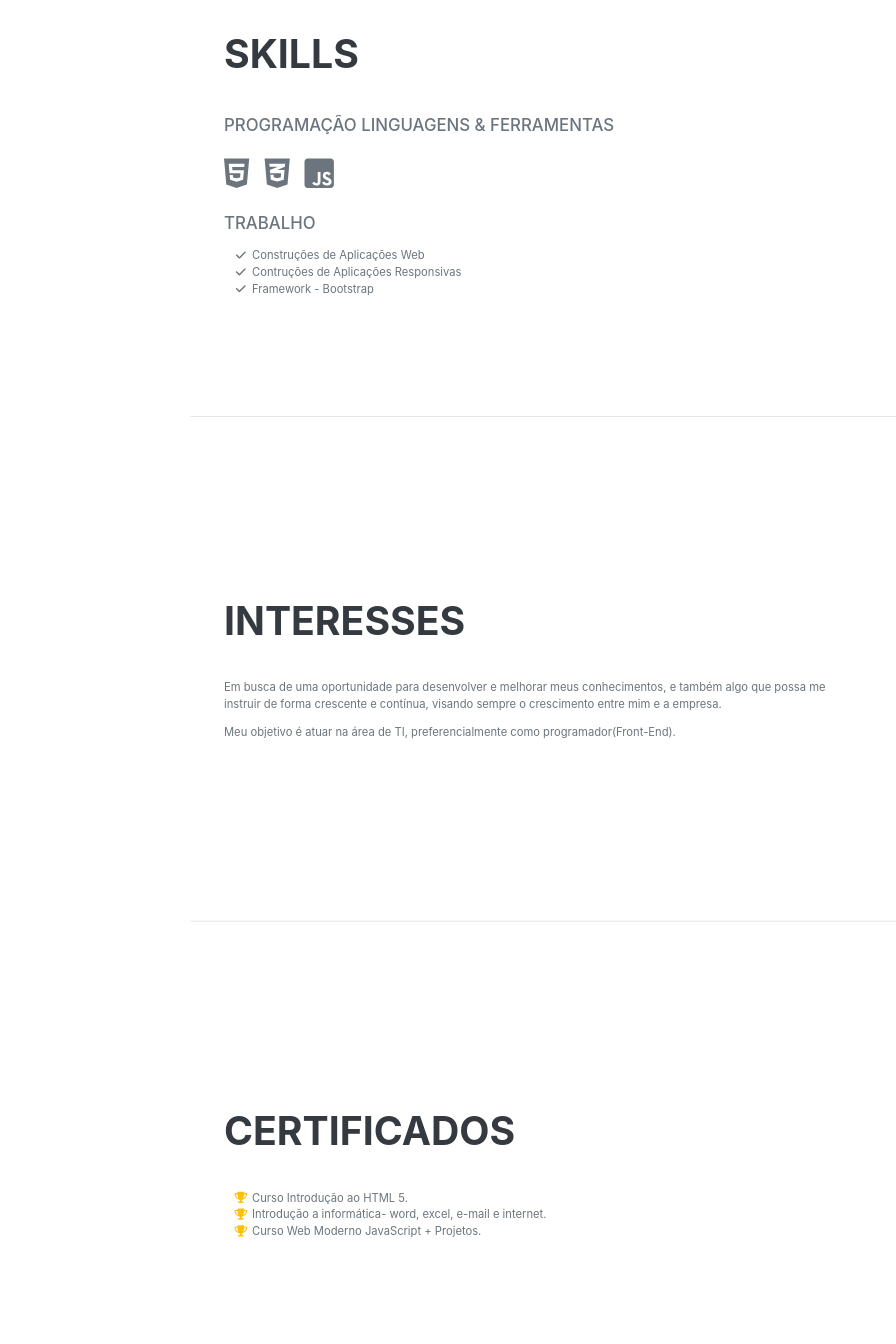
Repository: JuniorRoth/Curriculo-Web
Page: public/index.html
These files come from the project's save history. The page is drawn as it stood at one moment and after the next save; the edit follows.
The browser window is 1280 px wide. The pictures show the part of the page from y = 2288 to 4208 px (the page is 4325 px tall), at 70% of full size.
Some web fonts or font styles are not loaded; a fallback is used. Some web libraries are served in a nearby version.

Above is the page before, as saved 2023-02-08 10:44:45.

### public/index.html
<!DOCTYPE html>
<html lang="pt-br">
    <head>
        <meta charset="utf-8" />
        <meta name="viewport" content="width=device-width, initial-scale=1, shrink-to-fit=no" />
        <meta name="description" content="" />
        <meta name="author" content="Ilson Fernando Roth Junior" />
        <title>Currículo Ilson Roth</title>
        <link rel="icon" type="image/x-icon" href="assets/img/favicon.ico" />
        <!-- Font Awesome icons (free version)-->
        <script src="https://use.fontawesome.com/releases/v6.1.0/js/all.js" crossorigin="anonymous"></script>
        <!-- Google fonts-->
        <link href="https://fonts.googleapis.com/css?family=Saira+Extra+Condensed:500,700" rel="stylesheet" type="text/css" />
        <link href="https://fonts.googleapis.com/css?family=Muli:400,400i,800,800i" rel="stylesheet" type="text/css" />
        <!-- Core theme CSS (includes Bootstrap)-->
        <link rel="stylesheet" href="https://unpkg.com/aos@next/dist/aos.css" />
        <link href="css/styles.css" rel="stylesheet" />
    </head>
    <body id="page-top">
        <!-- Navigation-->
        <nav class="navbar navbar-expand-lg navbar-dark bg-primary fixed-top" id="sideNav">
            <a class="navbar-brand js-scroll-trigger" href="#page-top">
                <span class="d-block d-lg-none">Ilson Fernando Roth Junior</span>
                <span class="d-none d-lg-block"><img class="img-fluid img-profile rounded-circle mx-auto mb-2" src="assets/img/profile.jpg" alt="..." /></span>
            </a>
            <button class="navbar-toggler" type="button" data-bs-toggle="collapse" data-bs-target="#navbarResponsive" aria-controls="navbarResponsive" aria-expanded="false" aria-label="Toggle navigation"><span class="navbar-toggler-icon"></span></button>
            <div class="collapse navbar-collapse" id="navbarResponsive">
                <ul class="navbar-nav">
                    <li class="nav-item"><a class="nav-link js-scroll-trigger" href="#about">Sobre</a></li>
                    <li class="nav-item"><a class="nav-link js-scroll-trigger" href="#experience">Experiências</a></li>
                    <li class="nav-item"><a class="nav-link js-scroll-trigger" href="#education">Educação</a></li>
                    <li class="nav-item"><a class="nav-link js-scroll-trigger" href="#skills">Skills</a></li>
                    <li class="nav-item"><a class="nav-link js-scroll-trigger" href="#interests">Interesses</a></li>
                    <li class="nav-item"><a class="nav-link js-scroll-trigger" href="#awards">Certificados</a></li>
                </ul>
            </div>
        </nav>
        <!-- Page Content-->
        <div class="container-fluid p-0">
            <!-- About-->
            <section class="resume-section" id="about">
                <div class="resume-section-content">
                    <h1 class="mb-0">
                        Ilson
                        <span class="text-primary">Roth</span>
                    </h1>
                    <div class="subheading mb-5">
                        Rua Alberto Blum 490 · Ipiranga, PR 84450-000 · (42) 99835-8380 ·
                        <a href="mailto:rothilson@gmail.com">rothilson@gmail.com</a>
                    </div>
                    <p class="lead mb-5">Acredito que a busca por conhecimento e melhoria contínua deve fazer parte do nosso dia-a-dia, para nos transformar em profissionais e principalmente pessoas melhores. Tenho imenso prazer em trabalhar em equipe, acredito que cada pessoa contribui com suas próprias experiências, e o trabalho fica em melhor harmonia trabalhando em conjunto. Tenho convicção que a tecnologia quando bem aplicada pode e irá transformar o mundo para melhor.</p>
                    <div class="social-icons">
                        <a class="social-icon" href="https://www.linkedin.com/in/juninho-roth-bb1896225/"><i class="fab fa-linkedin-in"></i></a>
                        <a class="social-icon" href="https://github.com/JuniorRoth"><i class="fab fa-github"></i></a>
                        <a class="social-icon" href="https://www.instagram.com/roth_juninho/?next=%2F"><i class="fab fa-instagram"></i></a>
                    </div>
                </div>
            </section>
            <hr class="m-0" />
            <!-- Experience-->
            <section class="resume-section" id="experience">
                <div class="resume-section-content">
                    <h2 class="mb-5">Experiências</h2>
                    <div class="d-flex flex-column flex-md-row justify-content-between mb-5">
                        <div class="flex-grow-1">
                            <h3 class="mb-0">Funcionário de Advocacia</h3>
                            <div class="subheading mb-3">Macedo & Watanabe/Advogados associados</div>
                            <p>Planejar e organizar planilhas dos clientes, receber pagamentos, manutenção do sistema.</p>
                        </div>
                        <div class="flex-shrink-0"><span class="text-primary">Janeiro 2020 - 2021</span></div>
                    </div>
                </div>
            </section>
            <hr class="m-0" />
            <!-- Education-->
            <section class="resume-section" id="education">
                <div class="resume-section-content">
                    <h2 class="mb-5">Educação</h2>
                    <div class="d-flex flex-column flex-md-row justify-content-between mb-5">
                        <div class="flex-grow-1">
                            <h3 class="mb-0">Universidade Unicesumar</h3>
                            <div class="subheading mb-3">Graduação, Engenharia de Software</div>
                        <div class="flex-shrink-0"><span class="text-primary">Janeiro 2020 - 2024</span></div>
                    </div>
                    <div class="d-flex flex-column flex-md-row justify-content-between">
                        <div class="flex-grow-1">
                            <h3 class="mb-0">Colégio Sagrada Família</h3>
                            <div class="subheading mb-3">Ensino Médio Completo</div>
                        </div>
                        <div class="flex-shrink-0"><span class="text-primary">2016 - 2019</span></div>
                    </div>
                </div>
            </section>
            <hr class="m-0" />
            <!-- Skills-->
            <section class="resume-section" id="skills">
                <div class="resume-section-content">
                    <h2 data-aos="fade-right" class="mb-5">Skills</h2>
                    <div data-aos="fade-left" class="subheading mb-3">Programação Linguagens & Ferramentas</div>
                    <ul class="list-inline dev-icons">
                        <li class="list-inline-item"><i class="fab fa-html5"></i></li>
                        <li class="list-inline-item"><i class="fab fa-css3-alt"></i></li>
                        <li class="list-inline-item"><i class="fab fa-js-square"></i></li>
                    </ul>
                    <div data-aos="fade-right" class="subheading mb-3">Trabalho</div>
                    <ul class="fa-ul mb-0">
                        <li>
                            <span data-aos="fade-left" class="fa-li"><i class="fas fa-check"></i></span>
                            Construções de Aplicações Web
                        </li>
                        <li>
                            <span data-aos="fade-left" class="fa-li"><i class="fas fa-check"></i></span>
                            Contruções de Aplicações Responsivas
                        </li>
                        <li>
                            <span data-aos="fade-left" class="fa-li"><i class="fas fa-check"></i></span>
                            Framework - Bootstrap
                        </li>
                    </ul>
                </div>
            </section>
            <hr class="m-0" />
            <!-- Interests-->
            <section class="resume-section" id="interests">
                <div class="resume-section-content">
                    <h2 data-aos="fade-right" class="mb-5">Interesses</h2>
                    <p>Em busca de uma oportunidade para desenvolver e melhorar meus conhecimentos, e também algo que possa me instruir de forma crescente e contínua, visando sempre o crescimento entre mim e a empresa.</p>
                    <p class="mb-0">Meu objetivo é atuar na área de TI, preferencialmente como programador(Front-End).</p>
                </div>
            </section>
            <hr class="m-0" />
            <!-- Awards-->
            <section class="resume-section" id="awards">
                <div class="resume-section-content">
                    <h2 data-aos="fade-right" class="mb-5">Certificados</h2>
                    <ul class="fa-ul mb-0">
                        <li>
                            <span data-aos="fade-left" class="fa-li"><i class="fas fa-trophy text-warning"></i></span>
                            Curso Introdução ao HTML 5.
                        </li>
                        <li>
                            <span data-aos="fade-left" class="fa-li"><i class="fas fa-trophy text-warning"></i></span>
                            Introdução a informática- word, excel, e-mail e internet.
                        </li>
                        <li>
                            <span data-aos="fade-left" class="fa-li"><i class="fas fa-trophy text-warning"></i></span>
                            Curso Web Moderno JavaScript + Projetos.
                        </li>
                    </ul>
                </div>
            </section>
        </div>
        <!-- Bootstrap core JS-->
        <script src="https://cdn.jsdelivr.net/npm/bootstrap@5.1.3/dist/js/bootstrap.bundle.min.js"></script>
        <!-- Core theme JS-->
        <script src="js/scripts.js"></script>
        <script src="https://unpkg.com/aos@next/dist/aos.js"></script>
        <script>
            AOS.init();
        </script>
    </body>
</html>

### public/js/scripts.js
/*!
* Start Bootstrap - Resume v7.0.5 (https://startbootstrap.com/theme/resume)
* Copyright 2013-2022 Start Bootstrap
* Licensed under MIT (https://github.com/StartBootstrap/startbootstrap-resume/blob/master/LICENSE)
*/
//
// Scripts
//

window.addEventListener('DOMContentLoaded', event => {

    // Activate Bootstrap scrollspy on the main nav element
    const sideNav = document.body.querySelector('#sideNav');
    if (sideNav) {
        new bootstrap.ScrollSpy(document.body, {
            target: '#sideNav',
            offset: 74,
        });
    };

    // Collapse responsive navbar when toggler is visible
    const navbarToggler = document.body.querySelector('.navbar-toggler');
    const responsiveNavItems = [].slice.call(
        document.querySelectorAll('#navbarResponsive .nav-link')
    );
    responsiveNavItems.map(function (responsiveNavItem) {
        responsiveNavItem.addEventListener('click', () => {
            if (window.getComputedStyle(navbarToggler).display !== 'none') {
                navbarToggler.click();
            }
        });
    });

});

Loaded but not shown: public/css/styles.css (library)

After the next save:
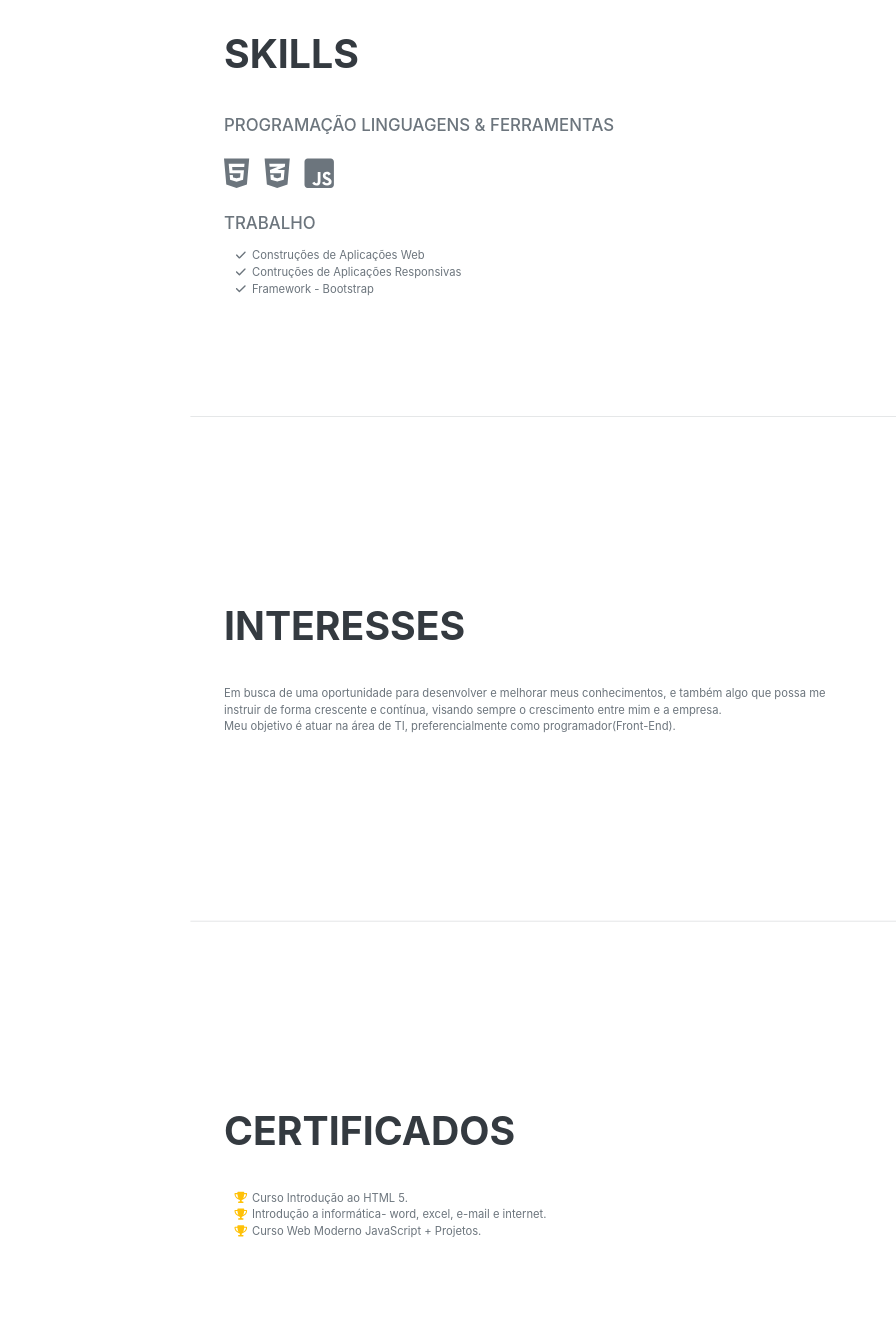
Saved 101 s later.
--- a/public/index.html
+++ b/public/index.html
@@ -124,8 +124,8 @@
             <section class="resume-section" id="interests">
                 <div class="resume-section-content">
                     <h2 data-aos="fade-right" class="mb-5">Interesses</h2>
-                    <p>Em busca de uma oportunidade para desenvolver e melhorar meus conhecimentos, e também algo que possa me instruir de forma crescente e contínua, visando sempre o crescimento entre mim e a empresa.</p>
-                    <p class="mb-0">Meu objetivo é atuar na área de TI, preferencialmente como programador(Front-End).</p>
+                    <p data-aos="fade-left" class="mb-0">Em busca de uma oportunidade para desenvolver e melhorar meus conhecimentos, e também algo que possa me instruir de forma crescente e contínua, visando sempre o crescimento entre mim e a empresa.</p>
+                    <p data-aos="fade-left" class="mb-0">Meu objetivo é atuar na área de TI, preferencialmente como programador(Front-End).</p>
                 </div>
             </section>
             <hr class="m-0" />
